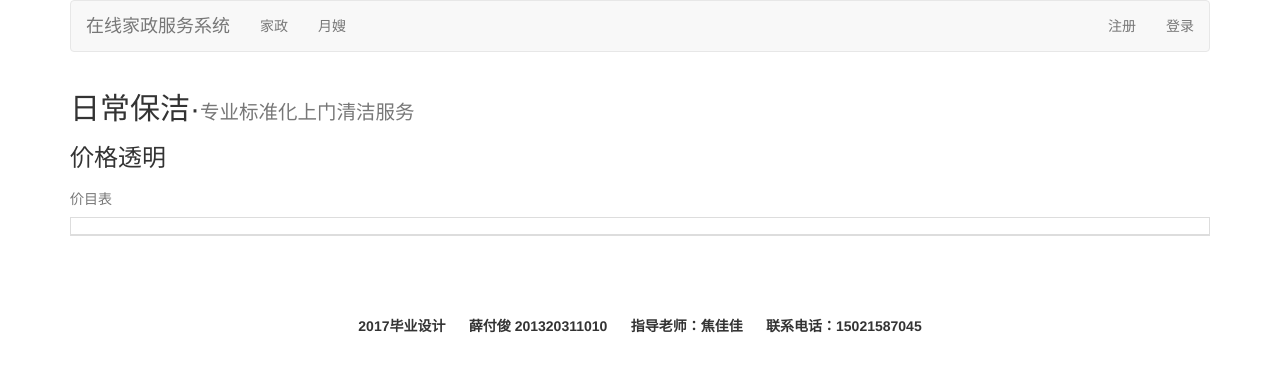
Repository: ELeonCXFJ/MyEclipseWS
Page: http://localhost/MyWeb/jsps/product/keeper/dailywork.jsp
The author's editor kept a copy of each file at every save. The page is drawn from the files as they stood at one save, then again after a run of saves.
The browser window is 1280 px wide. The pictures show the whole page.
The page is served by Tomcat 9. Nobody is signed in. The application's start-up code is not run. Other server files are loaded and not shown.

Above is the page before, as saved 2017-03-21 04:53:24.

### MyWeb/WebRoot/jsps/product/keeper/dailywork.jsp
<%@ page trimDirectiveWhitespaces="true" language="java" import="java.util.*" pageEncoding="UTF-8"%>
<%@ taglib prefix="c" uri="http://java.sun.com/jsp/jstl/core" %>

<!DOCTYPE html>
<html>
<head>
   <meta charset="utf-8">
   <title>日常保洁</title>
   <script src="<c:url value='/vendor/jquery/jquery.min.js'/>"></script>
   <script src="<c:url value='/vendor/bootstrap/js/bootstrap.min.js'/>"></script>
   <link rel="stylesheet" href="<c:url value='/vendor/bootstrap/css/bootstrap.min.css'/>" />

</head>
<body>

<div class="container">
	<div class="row clearfix">
	<c:import url="/top.jsp" />

		<div class="col-lg-12 col-md-12 col-xs-12 col-sm-12">
			<h2>日常保洁·<small>专业标准化上门清洁服务</small></h2>
			<h3>价格透明</h3>
			<table class="table table-bordered">
				<caption>价目表</caption>
				<thead>
					<tr>
						<th>
				</thead>
			</table>
		</div>

	</div>
</div>	<!-- container -->
	<c:import url="/bottom.jsp"></c:import>
</body>
</html>

### MyWeb/WebRoot/top.jsp
<%@ page language="java" import="java.util.*" pageEncoding="UTF-8"%>
<%@ taglib prefix="c" uri="http://java.sun.com/jsp/jstl/core" %>

<!DOCTYPE html>
<html>
<head>
   <meta charset="utf-8">
   <title>导航栏</title>
</head>
<body>

<div class="container" align="center">
	<div class="row clearfix">
		<div class="col-lg-12 col-md-12 col-xs-12 col-sm-12">
			<nav class="navbar navbar-default" role="navigation">
				<div class="navbar-header">
					 <button type="button" class="navbar-toggle" data-toggle="collapse" data-target="#bs-example-navbar-collapse-1"> <span class="sr-only">Toggle navigation</span><span class="icon-bar"></span><span class="icon-bar"></span><span class="icon-bar"></span></button> <a class="navbar-brand" href="<c:url value='/index.jsp'/>">在线家政服务系统</a>
				</div>
				<div class="collapse navbar-collapse" id="bs-example-navbar-collapse-1">
					<ul class="nav navbar-nav">
						<li >
							 <a href="#">家政</a>
						</li>
						<li>
							 <a href="#">月嫂</a>
						</li>
					</ul>
					<ul class="nav navbar-nav navbar-right">
					<c:choose>
						<c:when test="${empty sessionScope.sessionUser }">
							<li>
								 <a href="<c:url value='/jsps/user/register.jsp'/>">注册</a>
							</li>
							<li>
								<a href="<c:url value='/jsps/user/login.jsp' />">登录</a>
							</li>
						</c:when>

						<c:otherwise>
							<li>
								 <a href="<c:url value='/OrderServlet?method=getMyOrder'/>">我的订单</a>
							</li>
							<li>
								 <a href="<c:url value='/jsps/user/pwd.jsp'/>">修改密码</a>
							</li>
							<li>
								 <a href="#">购物车</a>
							</li>
							<li>
								<a href="<c:url value="/UserServlet?method=exit"/>">退出</a>
							</li>
						</c:otherwise>
					</c:choose>
					</ul>
				</div>
			</nav>
		</div>
	</div>
</div>
</body>

### MyWeb/WebRoot/bottom.jsp
<%@ page language="java" import="java.util.*" pageEncoding="UTF-8"%>
<%@ taglib prefix="c" uri="http://java.sun.com/jsp/jstl/core" %>

<!DOCTYPE html>
<html>
<head>
   <meta charset="utf-8">
   <title>页脚</title>
   <link rel="stylesheet" href="./vendor/bootstrap/css/bootstrap.min.css">
   <script src="./vendor/bootstrap/js/bootstrap.min.js"></script>
</head>
<body>

	<div align="center">
		<label for=“bottom"></br></br></br>2017毕业设计&nbsp;&nbsp;&nbsp;&nbsp;&nbsp;&nbsp;薛付俊 201320311010&nbsp;&nbsp;&nbsp;&nbsp;&nbsp;&nbsp;指导老师：焦佳佳&nbsp;&nbsp;&nbsp;&nbsp;&nbsp;&nbsp;联系电话：15021587045</label>
	</div>
	<div style="display:none;">
		<label for="hide">bootstrapvalidator引用自：https://github.com/nghuuphuoc/bootstrapvalidator</label>
	</div>
</body>

After the next 3 saves:
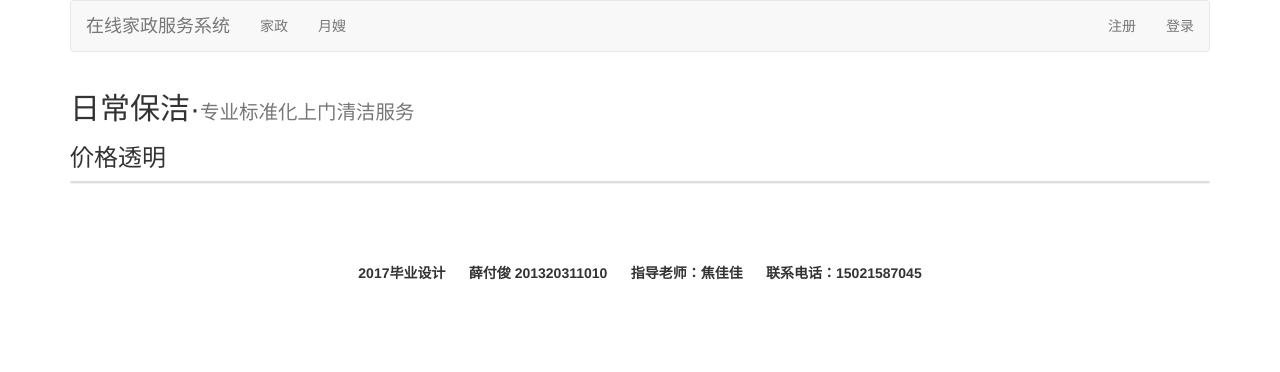
The 3 saves are shown as one change because they came seconds apart.
The last was saved 3 min 44 s later.
--- a/MyWeb/WebRoot/jsps/product/keeper/dailywork.jsp
+++ b/MyWeb/WebRoot/jsps/product/keeper/dailywork.jsp
@@ -20,13 +20,9 @@
 		<div class="col-lg-12 col-md-12 col-xs-12 col-sm-12">
 			<h2>日常保洁·<small>专业标准化上门清洁服务</small></h2>
 			<h3>价格透明</h3>
-			<table class="table table-bordered">
-				<caption>价目表</caption>
-				<thead>
-					<tr>
-						<th>
-				</thead>
-			</table>
+			<div class="panel panel-default">
+
+			</div>
 		</div>
 
 	</div>
